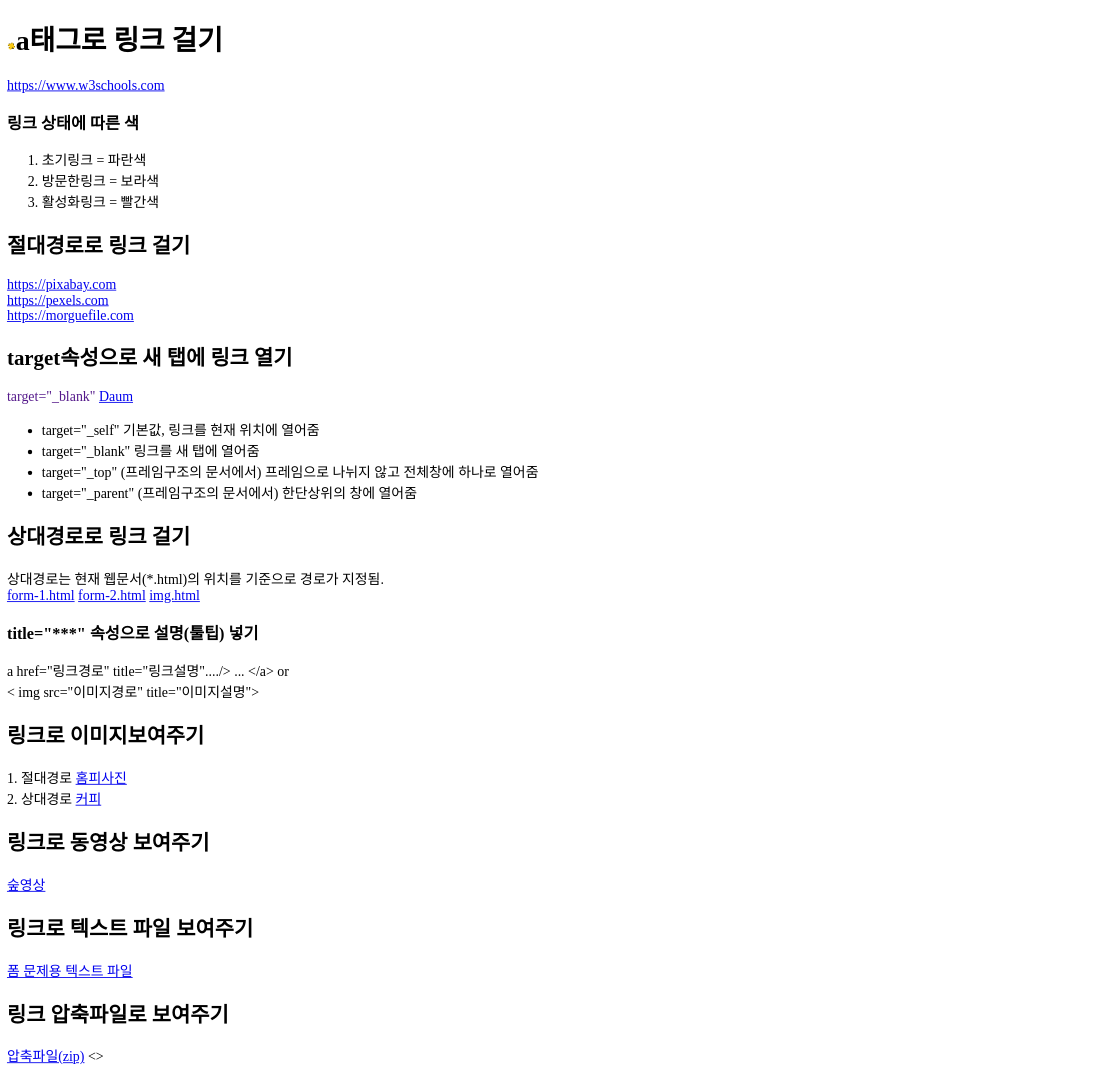
Repository: ReadStar/Web
Page: Html/html5/WebContent/A.html
An editor plug-in stored every save of this project. The page is shown before and after the next save, followed by the edit.
The browser window is 1280 px wide. The pictures show the whole page, at 87% of full size.

Above is the page before, as saved 2020-08-20 08:22:16.

After the next save:
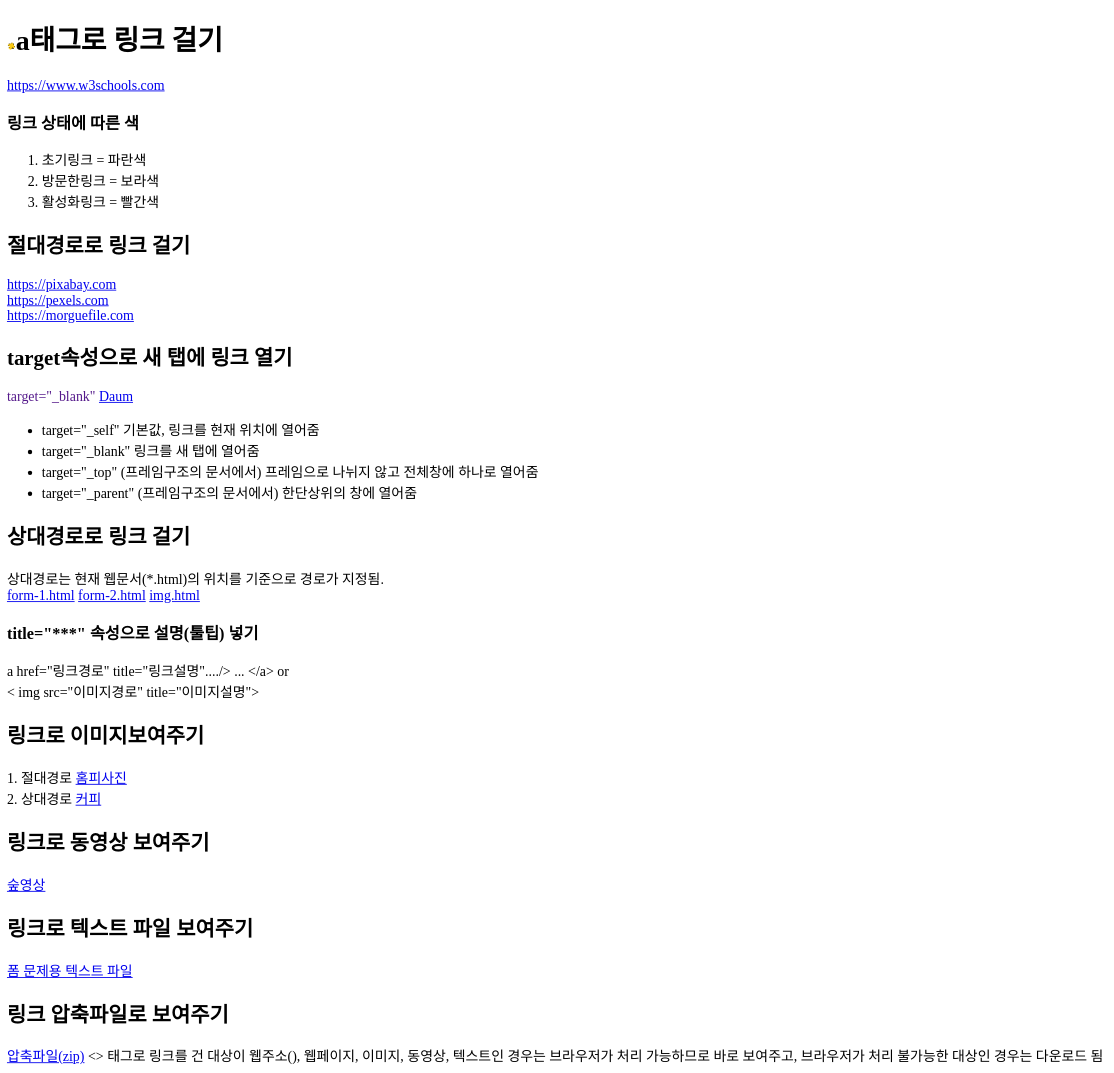
Saved 30 s later.
--- a/Html/html5/WebContent/A.html
+++ b/Html/html5/WebContent/A.html
@@ -58,6 +58,7 @@ or <br>
 <h2>링크 압축파일로 보여주기</h2>
 <a href="압축파일.zip">압축파일(zip)</a>
 <>
-
+태그로 링크를 건 대상이 웹주소(), 웹페이지, 이미지, 동영상, 텍스트인 경우는 브라우저가 처리 가능하므로 바로 보여주고,
+브라우저가 처리 불가능한 대상인 경우는 다운로드 됨
 </body>
 </html>
